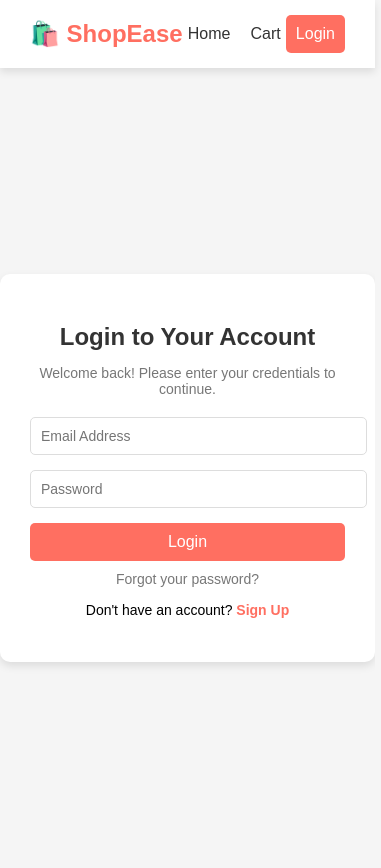
Repository: Hitesh8980/shop
Page: /login (app in ecommerce-frontend/)
An editor plug-in stored every save of this project. The page is shown before and after the next save, followed by the edit.
The browser window is 375 px wide. The page is 375 px wide, then 381 px, so the pictures cover 381 px, including what lies to the right of the window. The pictures show the whole page.
The project was rebuilt for these pictures with package versions that can differ from the ones it lists, and the page was loaded fresh each time. Also part of the build but not shown: ecommerce-frontend/vite.config.js, ecommerce-frontend/src/pages/Home.jsx, ecommerce-frontend/src/pages/Cart.jsx, ecommerce-frontend/src/utils/api.js, ecommerce-frontend/src/utils/razorpay.js, ecommerce-frontend/src/utils/auth.js, ecommerce-frontend/src/pages/Checkout.jsx, ecommerce-frontend/src/components/ProtectedRoute.jsx and 1 more.

Above is the page before, as saved 2025-03-18 21:03:44.

### ecommerce-frontend/index.html
<!doctype html>
<html lang="en">
  <head>
    <meta charset="UTF-8" />
    <script src="https://checkout.razorpay.com/v1/checkout.js"></script>
    <meta name="viewport" content="width=device-width, initial-scale=1.0" />
    <title>E-commerce</title>
  </head>
  <body>
    <div id="root"></div>
    <script type="module" src="/src/main.jsx"></script>
  </body>
</html>

### ecommerce-frontend/src/main.jsx
import React from "react";
import ReactDOM from "react-dom/client";
import { Provider } from "react-redux";
import App from "./App";
import store from "./redux/store";
import "./index.css";

ReactDOM.createRoot(document.getElementById("root")).render(
  <Provider store={store}>
    <App />
  </Provider>
);

### ecommerce-frontend/src/App.jsx
import React from "react";
import { BrowserRouter as Router, Routes, Route } from "react-router-dom";
import { Provider } from "react-redux";
import store from "./redux/store";
import Navbar from "./components/Navbar";
import Home from "./pages/Home";
import Cart from "./pages/Cart";
import Checkout from "./pages/Checkout";
import Login from "./pages/Login";
import PrivateRoute from "./components/ProtectedRoute";
import OrderTracking from "./components/OrderTracking";

const App = () => {
  return (
    <Provider store={store}>
      <Router>
        <Navbar />
        <Routes>
          <Route path="/" element={<Home />} />
          <Route path="/cart" element={<Cart />} />
          <Route path="/login" element={<Login />} />
          <Route path="/order-tracking" element={<OrderTracking />} />
          <Route
            path="/checkout"
            element={
              <PrivateRoute>
                <Checkout />
              </PrivateRoute>
            }
          />
        </Routes>
      </Router>
    </Provider>
  );
};

export default App;

### ecommerce-frontend/src/redux/store.js
import { configureStore } from "@reduxjs/toolkit";
import authReducer from "./authSlice";
import cartReducer from "./cartSlice";
import productReducer from "./productSlice";

const store = configureStore({
  reducer: {
    auth: authReducer,
    cart: cartReducer,
    product: productReducer,
  },
});

export default store;

### ecommerce-frontend/src/index.css
/* General Styles */
body {
  font-family: Arial, sans-serif;
  margin: 0;
  padding: 0;
  background-color: #f5f5f5;
}

/* Navbar Styles */
/* Navbar Container */
.navbar {
  display: flex;
  justify-content: space-between;
  align-items: center;
  background-color: #ffffff;
  padding: 15px 30px;
  box-shadow: 0px 4px 8px rgba(0, 0, 0, 0.1);
  position: sticky;
  top: 0;
  z-index: 1000;
}

/* Logo */
.logo a {
  font-size: 24px;
  font-weight: bold;
  color: #ff6f61;
  text-decoration: none;
}

/* Navigation Links */
.nav-links {
  display: flex;
  gap: 20px;
}

.nav-links a {
  font-size: 16px;
  color: #333;
  text-decoration: none;
  transition: color 0.3s ease-in-out;
}

.nav-links a:hover {
  color: #ff6f61;
}

/* Cart Badge */
.cart-link {
  position: relative;
}

.cart-badge {
  position: absolute;
  top: -5px;
  right: -10px;
  background-color: red;
  color: white;
  font-size: 12px;
  font-weight: bold;
  border-radius: 50%;
  padding: 3px 7px;
}

/* Auth Section */
.auth-section {
  display: flex;
  align-items: center;
  gap: 15px;
}

/* Buttons */
.login-button,
.logout-button {
  background-color: #ff6f61;
  color: white;
  padding: 8px 15px;
  border: none;
  border-radius: 5px;
  font-size: 14px;
  cursor: pointer;
  transition: background 0.3s ease;
}

.login-button:hover,
.logout-button:hover {
  background-color: #e65b50;
}

/* User Menu */
.user-menu {
  display: flex;
  align-items: center;
  gap: 10px;
}

.user-name {
  font-size: 14px;
  font-weight: bold;
  color: #333;
}


/* Product Card Styles */
.product-card {
  border: 1px solid #ddd;
  border-radius: 8px;
  padding: 16px;
  text-align: center;
  background-color: white;
  transition: transform 0.2s ease-in-out;
}

.product-card:hover {
  transform: scale(1.05);
}

.product-image {
  width: 100px;
  height: 100px;
  object-fit: cover;
}

.product-name {
  font-size: 16px;
  font-weight: bold;
  margin: 8px 0;
}

.product-price {
  color: #28a745;
  font-weight: bold;
}

.add-to-cart-button {
  padding: 8px 12px;
  border: none;
  background-color: #28a745;
  color: white;
  cursor: pointer;
  font-size: 14px;
  border-radius: 4px;
  margin-top: 8px;
}

.add-to-cart-button:hover {
  background-color: #218838;
}

/* Cart Page Styles */
.cart-container {
  max-width: 600px;
  margin: auto;
  padding: 20px;
  background: white;
  border-radius: 10px;
  box-shadow: 0 4px 8px rgba(0, 0, 0, 0.1);
}

.cart-item {
  display: flex;
  align-items: center;
  justify-content: space-between;
  border-bottom: 1px solid #ddd;
  padding: 10px 0;
}

.cart-image {
  width: 80px;
  height: 80px;
  object-fit: cover;
  border-radius: 5px;
}

.cart-details {
  flex: 1;
  padding-left: 10px;
}

.item-name {
  font-weight: bold;
}

.quantity-controls {
  display: flex;
  align-items: center;
  gap: 10px;
  margin: 10px 0;
}

.qty-btn {
  background: #ff6f61;
  color: white;
  border: none;
  padding: 5px 10px;
  cursor: pointer;
  font-size: 16px;
}

.qty-btn:disabled {
  background: gray;
  cursor: not-allowed;
}

.remove-button {
  background: red;
  color: white;
  border: none;
  padding: 5px 10px;
  cursor: pointer;
  font-size: 14px;
}

.checkout-button {
  width: 100%;
  background: #ff6f61;
  color: white;
  padding: 10px;
  border: none;
  cursor: pointer;
  font-size: 16px;
  margin-top: 10px;
}

.checkout-button:hover {
  background: #e65b50;
}

/* Home Page Styles */
.home-container {
  padding: 20px;
}

.product-grid {
  display: grid;
  grid-template-columns: repeat(auto-fill, minmax(200px, 1fr));
  gap: 16px;
}

.loading-text {
  font-size: 18px;
  font-weight: bold;
  text-align: center;
}
/* General Container */
.products-container {
  display: grid;
  grid-template-columns: repeat(auto-fit, minmax(250px, 1fr));
  gap: 20px;
  padding: 20px;
  justify-content: center;
}

/* Product Card */
.product-card {
  border: 1px solid #ddd;
  border-radius: 8px;
  padding: 15px;
  background-color: #fff;
  box-shadow: 0px 4px 6px rgba(0, 0, 0, 0.1);
  transition: transform 0.3s ease-in-out;
  text-align: center;
}

.product-card:hover {
  transform: translateY(-5px);
}

/* Product Image */
.product-image {
  width: 100%;
  max-height: 200px;
  object-fit: contain;
  border-bottom: 1px solid #ddd;
  margin-bottom: 10px;
}

/* Product Name */
.product-name {
  font-size: 16px;
  font-weight: bold;
  margin: 10px 0;
  color: #333;
}

/* Brand & Price */
.product-brand,
.product-price {
  font-size: 14px;
  color: #666;
  margin: 5px 0;
}

/* Description */
.product-description {
  font-size: 13px;
  color: #444;
  margin: 10px 0;
  height: 50px;
  overflow: hidden;
  text-overflow: ellipsis;
}

/* Buttons */
.product-buttons {
  display: flex;
  justify-content: space-around;
  margin-top: 10px;
}

.add-to-cart,
.buy-now {
  padding: 8px 12px;
  font-size: 14px;
  border: none;
  cursor: pointer;
  border-radius: 5px;
  transition: background 0.3s;
}

.add-to-cart {
  background-color: #ff9800;
  color: white;
}

.add-to-cart:hover {
  background-color: #e68900;
}

.buy-now {
  background-color: #f44336;
  color: white;
}

.buy-now:hover {
  background-color: #d32f2f;
}

/* Order Tracking Page Styles */
.order-tracking-container {
  max-width: 800px;
  margin: 40px auto;
  padding: 20px;
  background: #fff;
  box-shadow: 0 4px 10px rgba(0, 0, 0, 0.1);
  border-radius: 8px;
}

h2 {
  text-align: center;
  color: #333;
}

.order-card {
  padding: 20px;
  border: 1px solid #ddd;
  border-radius: 8px;
  background: #f9f9f9;
}

.status {
  font-weight: bold;
  color: #007bff;
}

/* Progress Bar */
.progress-container {
  width: 100%;
  background: #ddd;
  border-radius: 10px;
  margin: 15px 0;
}

.progress-bar {
  height: 10px;
  background: #007bff;
  width: 0%;
  border-radius: 10px;
  transition: width 0.5s ease-in-out;
}

/* Order Items */
.order-items {
  list-style: none;
  padding: 0;
}

.order-item {
  display: flex;
  align-items: center;
  padding: 10px;
  border-bottom: 1px solid #ddd;
}

.order-item img {
  width: 80px;
  height: 80px;
  object-fit: cover;
  border-radius: 5px;
  margin-right: 15px;
}

.order-item div {
  flex: 1;
}

@media (max-width: 600px) {
  .order-tracking-container {
    width: 90%;
    padding: 10px;
  }
}

/* Login Container */
.login-container {
  display: flex;
  justify-content: center;
  align-items: center;
  height: 100vh;
  background-color: #f5f5f5;
}

/* Login Box */
.login-box {
  background-color: white;
  padding: 30px;
  width: 350px;
  border-radius: 10px;
  box-shadow: 0px 4px 8px rgba(0, 0, 0, 0.1);
  text-align: center;
}

/* Login Title */
.login-box h2 {
  font-size: 24px;
  color: #333;
  margin-bottom: 10px;
}

.login-subtext {
  font-size: 14px;
  color: #777;
  margin-bottom: 20px;
}

/* Input Fields */
.login-input {
  width: 100%;
  padding: 10px;
  margin-bottom: 15px;
  border: 1px solid #ddd;
  border-radius: 5px;
  font-size: 14px;
  transition: border 0.3s ease-in-out;
}

.login-input:focus {
  border-color: #ff6f61;
  outline: none;
}

/* Login Button */
.login-button {
  width: 100%;
  background-color: #ff6f61;
  color: white;
  padding: 10px;
  font-size: 16px;
  border: none;
  border-radius: 5px;
  cursor: pointer;
  transition: background 0.3s ease-in-out;
}

.login-button:hover {
  background-color: #e65b50;
}

/* Forgot Password */
.forgot-password {
  margin-top: 10px;
  font-size: 14px;
  color: #777;
  cursor: pointer;
}

.forgot-password:hover {
  color: #ff6f61;
}

/* Signup Link */
.signup-link {
  margin-top: 15px;
  font-size: 14px;
}

.signup-link a {
  color: #ff6f61;
  text-decoration: none;
  font-weight: bold;
}

.signup-link a:hover {
  text-decoration: underline;
}

### ecommerce-frontend/src/components/Navbar.jsx
import { Link } from "react-router-dom";
import { useSelector, useDispatch } from "react-redux";
import { logout } from "../redux/authSlice";
import "../index.css";

const Navbar = () => {
  const dispatch = useDispatch();
  const { user } = useSelector((state) => state.auth);
  const cartItems = useSelector((state) => state.cart.cart.length);

  const handleLogout = () => {
    dispatch(logout());
  };

  return (
    <nav className="navbar">
      <div className="logo">
        <Link to="/">🛍️ ShopEase</Link>
      </div>

      <div className="nav-links">
        <Link to="/">Home</Link>
        <Link to="/cart" className="cart-link">
          Cart
          {cartItems > 0 && <span className="cart-badge">{cartItems}</span>}
        </Link>
      </div>

      <div className="auth-section">
        {user ? (
          <div className="user-menu">
            <span className="user-name">👤 {user.name}</span>
            <button className="logout-button" onClick={handleLogout}>
              Logout
            </button>
          </div>
        ) : (
          <Link to="/login">
            <button className="login-button">Login</button>
          </Link>
        )}
      </div>
    </nav>
  );
};

export default Navbar;

### ecommerce-frontend/src/pages/Login.jsx
import { useState } from "react";
import { useDispatch } from "react-redux";
import { login } from "../redux/authSlice";
import "../index.css";

const Login = () => {
  const [email, setEmail] = useState("");
  const [password, setPassword] = useState("");
  const dispatch = useDispatch();

  const handleLogin = () => {
    dispatch(login({ email, password }));
  };

  return (
    <div className="login-container">
      <div className="login-box">
        <h2>Login to Your Account</h2>
        <p className="login-subtext">Welcome back! Please enter your credentials to continue.</p>

        <input
          type="email"
          placeholder="Email Address"
          value={email}
          onChange={(e) => setEmail(e.target.value)}
          className="login-input"
        />

        <input
          type="password"
          placeholder="Password"
          value={password}
          onChange={(e) => setPassword(e.target.value)}
          className="login-input"
        />

        <button onClick={handleLogin} className="login-button">Login</button>

        <p className="forgot-password">Forgot your password?</p>

        <p className="signup-link">
          Don't have an account? <a href="/signup">Sign Up</a>
        </p>
      </div>
    </div>
  );
};

export default Login;

### ecommerce-frontend/src/redux/authSlice.js
import { createSlice } from "@reduxjs/toolkit";

const initialState = {
  user: JSON.parse(localStorage.getItem("user")) || null,
};

const authSlice = createSlice({
  name: "auth",
  initialState,
  reducers: {
    login: (state, action) => {
      state.user = action.payload;
      localStorage.setItem("user", JSON.stringify(action.payload));
    },
    logout: (state) => {
      state.user = null;
      localStorage.removeItem("user");
    },
  },
});

export const { login, logout } = authSlice.actions;
export default authSlice.reducer;

### ecommerce-frontend/src/redux/cartSlice.js
import { createSlice } from "@reduxjs/toolkit";

const loadCartFromLocalStorage = () => {
  try {
    const storedCart = localStorage.getItem("cart");
    return storedCart ? JSON.parse(storedCart) : [];
  } catch (error) {
    console.error("Error loading cart from localStorage:", error);
    return [];
  }
};

const saveCartToLocalStorage = (cart) => {
  try {
    localStorage.setItem("cart", JSON.stringify(cart));
  } catch (error) {
    console.error("Error saving cart:", error);
  }
};

const cartSlice = createSlice({
  name: "cart",
  initialState: {
    cart: loadCartFromLocalStorage(),
  },
  reducers: {
    addToCart: (state, action) => {
      const item = action.payload;
      const existingItem = state.cart.find((cartItem) => cartItem._id === item._id);

      if (existingItem) {
        existingItem.quantity += 1;
      } else {
        state.cart.push({ ...item, quantity: 1 });
      }

      saveCartToLocalStorage(state.cart);
    },
    removeFromCart: (state, action) => {
      state.cart = state.cart.filter((item) => item._id !== action.payload);
      saveCartToLocalStorage(state.cart);
    },
    updateQuantity: (state, action) => {
      const { id, amount } = action.payload;
      const item = state.cart.find((cartItem) => cartItem._id === id);
      if (item) {
        item.quantity += amount;
        if (item.quantity < 1) item.quantity = 1;
      }
      saveCartToLocalStorage(state.cart);
    },
    clearCart: (state) => {
      state.cart = [];
      localStorage.removeItem("cart");
    },
    reloadCart: (state) => {
      state.cart = loadCartFromLocalStorage();
    },
  },
});

export const { addToCart, removeFromCart, updateQuantity, clearCart, reloadCart } = cartSlice.actions;
export default cartSlice.reducer;

### ecommerce-frontend/src/redux/productSlice.js
import { createSlice, createAsyncThunk } from "@reduxjs/toolkit";
import axios from "axios";

export const fetchProducts = createAsyncThunk("products/fetch", async () => {
  const response = await axios.get("https://onemg-1.onrender.com/product/view-pro");
  return response.data;
});

const productSlice = createSlice({
  name: "product",
  initialState: { products: [], loading: false },
  extraReducers: (builder) => {
    builder
      .addCase(fetchProducts.pending, (state) => {
        state.loading = true;
      })
      .addCase(fetchProducts.fulfilled, (state, action) => {
        state.loading = false;
        state.products = action.payload;
      })
      .addCase(fetchProducts.rejected, (state) => {
        state.loading = false;
      });
  },
});

export default productSlice.reducer;

After the next save:
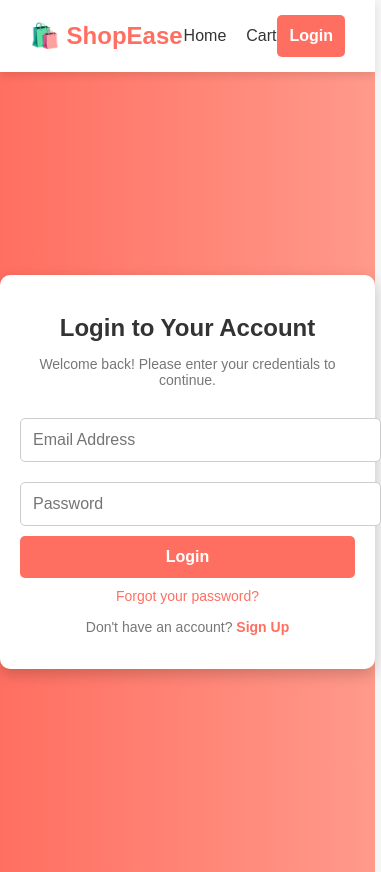
Saved 26 s later.
--- a/ecommerce-frontend/src/index.css
+++ b/ecommerce-frontend/src/index.css
@@ -412,31 +412,34 @@ h2 {
 }
 
 /* Login Container */
+/* Centering the Login Box */
 .login-container {
   display: flex;
   justify-content: center;
   align-items: center;
   height: 100vh;
-  background-color: #f5f5f5;
+  background: linear-gradient(to right, #ff6f61, #ff9a8b);
 }
 
 /* Login Box */
 .login-box {
-  background-color: white;
+  width: 400px;
   padding: 30px;
-  width: 350px;
+  background: white;
   border-radius: 10px;
-  box-shadow: 0px 4px 8px rgba(0, 0, 0, 0.1);
+  box-shadow: 0px 5px 15px rgba(0, 0, 0, 0.2);
   text-align: center;
 }
 
-/* Login Title */
+/* Login Heading */
 .login-box h2 {
   font-size: 24px;
+  font-weight: 700;
   color: #333;
   margin-bottom: 10px;
 }
 
+/* Subtext */
 .login-subtext {
   font-size: 14px;
   color: #777;
@@ -446,60 +449,76 @@ h2 {
 /* Input Fields */
 .login-input {
   width: 100%;
-  padding: 10px;
-  margin-bottom: 15px;
-  border: 1px solid #ddd;
+  padding: 12px;
+  margin: 10px 0;
+  border: 1px solid #ccc;
   border-radius: 5px;
-  font-size: 14px;
-  transition: border 0.3s ease-in-out;
+  font-size: 16px;
+  outline: none;
+  transition: 0.3s;
 }
 
 .login-input:focus {
   border-color: #ff6f61;
-  outline: none;
+  box-shadow: 0px 0px 5px rgba(255, 111, 97, 0.5);
 }
 
 /* Login Button */
 .login-button {
   width: 100%;
-  background-color: #ff6f61;
-  color: white;
-  padding: 10px;
-  font-size: 16px;
+  background: #ff6f61;
+  color: white;
+  font-size: 18px;
+  font-weight: bold;
+  padding: 12px;
   border: none;
   border-radius: 5px;
   cursor: pointer;
-  transition: background 0.3s ease-in-out;
+  transition: 0.3s;
 }
 
 .login-button:hover {
-  background-color: #e65b50;
+  background: #e65b50;
 }
 
 /* Forgot Password */
 .forgot-password {
   margin-top: 10px;
   font-size: 14px;
-  color: #777;
-  cursor: pointer;
+  color: #ff6f61;
+  cursor: pointer;
+  transition: 0.3s;
 }
 
 .forgot-password:hover {
-  color: #ff6f61;
+  text-decoration: underline;
 }
 
 /* Signup Link */
 .signup-link {
   margin-top: 15px;
   font-size: 14px;
+  color: #777;
 }
 
 .signup-link a {
   color: #ff6f61;
+  font-weight: bold;
   text-decoration: none;
-  font-weight: bold;
 }
 
 .signup-link a:hover {
   text-decoration: underline;
 }
+
+/* Responsive Design */
+@media (max-width: 480px) {
+  .login-box {
+    width: 90%;
+    padding: 20px;
+  }
+
+  .login-button {
+    font-size: 16px;
+  }
+}
